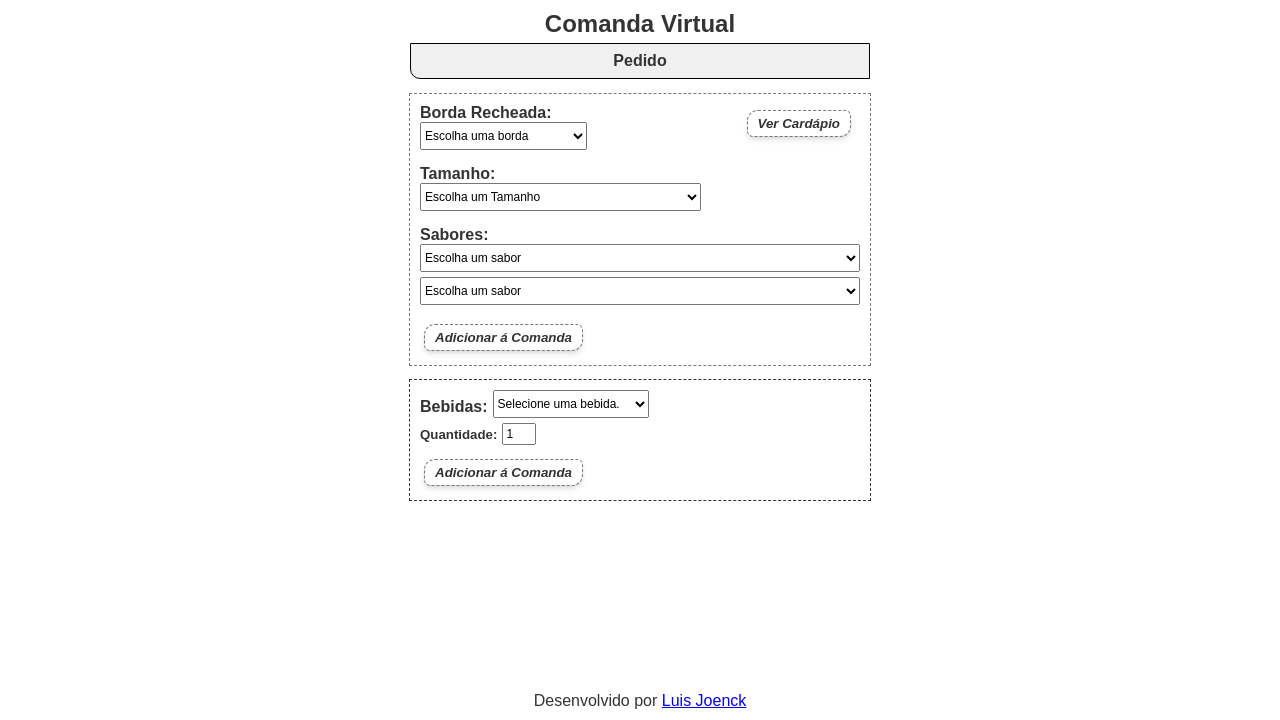
Repository: Joenck91/front-comanda-virtual
Page: index.html
The author's editor kept a copy of each file at every save. The page is drawn from the files as they stood at one save, then again after the next save.
The browser window is 1280 px wide. The pictures show the whole page.
After loading, the first visible `form.unit-pizza-box` was submitted once.

Above is the page before, as saved 2025-10-05 12:05:42.

### index.html
<!DOCTYPE html>
<html lang="pt-br">
<head>
    <meta charset="UTF-8">
    <meta name="viewport" content="width=device-width, initial-scale=1.0">
    <title>Virtual Command</title>
    <link rel="stylesheet" href="style/base.css">
    <link rel="stylesheet" href="style/layout.css">
    <link rel="stylesheet" href="style/modules.css">
    <link rel="stylesheet" href="style/themes.css">
    <link rel="stylesheet" href="style/responsive.css">
</head>
<body class="body-style">
    <header>
        <div class="title-buttons">
            <h2>Comanda Virtual</h2>
        </div>
        <div class="command-box" id="total">
            <p><strong>Pedido</strong></h2>
            <!--CRIAR ESTRUTURA DE PEDIDO COM JSON-->
            <div class="ordered-itens" id="ordered-items">
                <!--Aqui vão aparecer os itens pedidos-->



            </div>
        </div>
    </header>

    <main>
        <!-- Cardápio-->
        <div class="view-menu-box" id="view-menu-box"></div>
        <!-- Formulário de Pizzas-->
        <form class="unit-pizza-box">

            <!-- Borda recheada -->
            <div class="border-pizza-box pad-bot-10">
                <label for="border"><h4>Borda Recheada:</h4></label>
                <select name="border" id="border">
                    <option value="" selected >Escolha uma borda</option>
                </select>
            </div>

            <!-- Tamanho da pizza -->
            <div class="size-pizza-box pad-bot-10">
                <label for="size"><h4>Tamanho:</h4></label>
                <select name="size" id="size">
                    <option value="" selected >Escolha um Tamanho</option>
                </select>
            </div>

            <!-- Sabores -->
            <div id="choose-pizza-box" class="choose-pizza-box pad-bot-10">
                <button type="button" class="buttons-style view-menu-button" id="view-menu"><strong>Ver Cardápio</strong></button>
                <label for="flavors"><h4>Sabores:</h4></label>
                <select name="flavors" id="flavor_one" class="flavor_one">
                    <option value="" selected >Escolha um sabor</option>
                </select>
                <select name="flavors" id="flavor_two" class="flavor_two">
                    <option value="" selected >Escolha um sabor</option>
                </select>
                <select name="flavors" id="flavor_three" class="flavor_three">
                    <option value="" selected >Escolha um sabor</option>
                </select>
                <select name="flavors" id="flavor_four" class="flavor_four">
                    <option value="" selected >Escolha um sabor</option>
                </select>
            </div>

            <button type="submit" class="buttons-style"><strong>Adicionar á Comanda</strong></button>
        </form>

        <!-- Formulário de Bebidas -->
        <form class="command-drink">
            <div class="choose-drink-box">
                <label for="drinks"><h4>Bebidas:</h4></label>
                <select name="drinks" id="">
                    <option value="drinks">Selecione uma bebida.</option>
                </select>
            </div>
            <div class="unit-input-drink">
                <label for="unit-drink"><h5>Quantidade:</h5></label>
                <input type="number" name="unit-drink" id="unit-drink" min="1" value="1" required>
            </div>
            <button type="submit" class="buttons-style"><strong>Adicionar á Comanda</strong></button>
        </form>
    </main>
    <footer>
        <p>Desenvolvido por <a href="www.instagram.com/joenckluis">Luis Joenck</a></p>
    </footer>

<script type="module" src="script/main.js"></script>
</body>
</html>

### style/base.css
*{
    margin:0;
    padding:0;
    box-sizing:border-box;
}
html, body{
    width:100%;
    height: 100%;
    display:flex;
    flex-direction:column;
    align-items: center;
    justify-content: start;
    overflow: auto;
    font-family: Arial, Helvetica, sans-serif;
    color: #333;
}
body{
    max-width: 500px;
}
header{
    width: 100%;
    display: flex;
    flex-direction: column;
    justify-content: center;
    align-items: center;
    padding: 10px 20px 0 20px;
    top:0;
    left: 0;
    z-index: 1000;
    background-color: white;
}
main{
    flex: 1;
    overflow: auto;
    margin: 0 auto;
    padding: 0 20px;
    border-radius: 4px;
    width: 100%;
    max-width: 100%;
    position: relative;
}
h1{
    padding-bottom: 15px;
}
h2{
    padding-bottom: 5px;
}
li{
    font-style: italic;
}
button{
    background-color: #ccc;
    color: #333;
    padding: 5px 10px;
    border: 1px solid #333;
    border-radius: 5px;
    margin:5px;
    box-shadow: 0 4px 6px rgba(0, 0, 0, 0.1),
    0 2px 4px rgba(0, 0, 0, 0.06);
}
button:hover{
    cursor:pointer;
}
select{
    margin-bottom: 5px;
    padding: 5px 0;
    font-size: 12px;
}
label{
    margin-right: 5px;
}
input[type="number"] {
    font-size: 12px;
    padding: 2px;
    width: 5ch;
}
input:hover{
    cursor: pointer;
}
option p{
    background-color: #f0f0f0;
    padding: 5px;
}
footer{
    padding: 10px;
}

### style/layout.css
/*-----------------------------------------------------------------------------*/
/*                               HEADER                                        */
/*-----------------------------------------------------------------------------*/

/*-----------------------------------------------------------------------------*/
/*                          PEDIDO                                     */
/*-----------------------------------------------------------------------------*/
.command-box{
    background-color:#f0f0f0;
    width: 100%;
    padding: 8px 10px;
    height: fit-content;
    border-bottom-left-radius: 10px;
    border: 1px solid black;
    display: flex;
    flex-direction: column;
    align-items: center;
}
/*-----------------------------------------------------------------------------*/
/*                              CARDÁPIO                                       */
/*-----------------------------------------------------------------------------*/
.view-menu-box{/*pagina do cardápio*/
    position: absolute;
    right: 20px;
    left: 20px;
    background-color:rgb(255, 244, 227);
    padding: 10px;
    width: fit-content;
    max-width: 94%;
    height: 80vh;
    overflow: auto;
    border-radius: 15px;
    display: none;
    flex-direction: column;
    box-shadow: 0 4px 8px #00000033;
    z-index: 1000;
    outline: 1px dashed #333;
}
.menu-title{/*titulos do cardápio 'pizzas/bebidas*/
    border-bottom: 2px dashed black;
    text-align: center;
    padding: 3px;
    margin: 15px 0;
}
.menu-item{/*Itens do menu*/
    margin: 3px 0;
}
.pizza-description{/*Descrições de cada item*/
    margin-left: 25px;
}
/*-----------------------------------------------------------------------------*/
/*                        UNIDADE DE PIZZA                                     */
/*-----------------------------------------------------------------------------*/
.unit-pizza-box{/*Div pai com as opções de escolhas de uma pizza.*/
    outline: 1px dashed #777;
    padding: 10px;
    margin: 15px 0;
}
.border-pizza-box, .size-pizza-box{/*Box com opções de bordas*/

    display: flex;
    flex-direction: column;
    width: fit-content;
    align-items: start;
}
.choose-pizza-box{/*box referente aos campos para escolher sabores*/
    display: flex;
    flex-direction: column;
    position: relative;
}
.flavor_three, .flavor_four{/*Referente ao terceiro e quarto sabro que só devem aparecer conforme escolha de tamanhos.*/
    display: none;
}
/*-----------------------------------------------------------------------------*/
/*                        UNIDADE DE BEBIDA                                    */
/*-----------------------------------------------------------------------------*/
.command-drink{/*Div pai com as opções de escolhas de uma bebida*/
    outline: 1px dashed #333;
    padding: 10px;
    margin: 15px 0;
}
.choose-drink-box, .unit-input-drink{
    display: flex;
    flex-direction: row;
    align-items: center;
}
.unit-input-drink{
    padding-bottom: 10px;
}

### style/modules.css
/*-----------------------------------------------------------------------------*/
/*                             BOTÕES                                          */
/*-----------------------------------------------------------------------------*/
.view-menu-button{
    position: absolute;
    top: -120px;
    right: 5px;;
}
.menu-exit{/*botão que fecha o cardápio*/
    display: flex;
    position: sticky;
    top:0;
    width: fit-content;
    margin-left: auto;
    background-color: #f0f0f0;
    box-shadow: 0 4px 6px rgba(0, 0, 0, 0.1),
    0 2px 4px rgba(0, 0, 0, 0.06);
    border-radius: 2px 10px;
}
.buttons-style{/*Estilo para os botões*/
    width: fit-content;
    outline: 1px dashed #777;
    border: none;
    border-radius: 10px 5px;
    background-color: white;
    font-style: italic;
}
/*-----------------------------------------------------------------------------*/
/*                     PARA VÁRIOS ELEMENTOS                                   */
/*-----------------------------------------------------------------------------*/
.pad-bot-10{
    padding-bottom: 10px;
}

### script/main.js
import viewMenuBox from "./interface/view-menu.js";
import menuShowClose from "./buttons/menu-show-close.js";
import * as inputsContent from "./interface/inputs-contents.js"
import chooseSize from "./interface/choose-sizes.js";
import * as writingOrders from "./command/orders.js";

//Funções que precisam acessar json.
document.addEventListener('DOMContentLoaded', ()=>{
    // Faz uma requisição GET para a rota /api/menu para buscar os dados do cardápio.
    fetch('./data/menu.json')
    .then(res => res.json()) // Converte a resposta para JSON.
    .then(menu => {


        viewMenuBox(menu);  //Carrega menu.
        menuShowClose();    //Abre e fecha cardápio.
        inputsContent.showBorders(menu.borders);//Opções de bordas
        inputsContent.showsizes(menu.sizes);//Opções de tamanhos
        inputsContent.showFlavors(menu.pizzas);//Opções de pizzas
        inputsContent.showDrinks(menu.drinks);  //Opções de bebidas
        chooseSize();//Define quantidade de sabores de acordo com o tamanho selecionado.
        writingOrders.writingOrder(menu);//Armazena as opçoes escolhidas pelo usuário na variável orders


    })
    .catch(err => console.error('Erro ao carregar menu:', err));// Captura e exibe no console qualquer erro ocorrido ao carregar o menu.
});

### script/interface/view-menu.js
/* ********FUNÇÃO QUE CRIA O CARDÁPIO ******** */


export default function viewMenuBox (menu){
  const box = document.getElementById('view-menu-box');
        box.innerHTML = ''; // Limpa o conteúdo da div

        //Cria o titula Pizzas
        const titlePizza = document.createElement('h3');
        titlePizza.classList.add('menu-title');
        titlePizza.textContent = 'Pizzas';
        box.appendChild(titlePizza);

        const exit = document.createElement('button');
        exit.type ='button';
        exit.classList.add('menu-exit')
        exit.classList.add('exit-delete')
        exit.id = 'menuExit';
        exit.textContent = 'Sair';
        box.appendChild(exit);

        // Cria a lista das pizzas
        menu.pizzas.forEach(pizza => {
          const pizzaDiv = document.createElement('div');
          pizzaDiv.classList.add('menu-item'); // você pode estilizar no CSS

          const pizzaTitle = document.createElement('h4');
          pizzaTitle.textContent = `🍕 ${pizza.name}`;

          const pizzaDesc = document.createElement('p');
          pizzaDesc.classList.add('pizza-description')
          pizzaDesc.textContent = pizza.description;

          pizzaDiv.appendChild(pizzaTitle);
          pizzaDiv.appendChild(pizzaDesc);
          box.appendChild(pizzaDiv);
        });

        //Cria o titulo Bebidas
        const titleDrink = document.createElement('h3');
        titleDrink.classList.add('title');
        titleDrink.textContent = 'Bebidas';
        box.appendChild(titleDrink);

        //Cria a lista das bebidas
        menu.drinks.forEach(drink => {
          const drinkDiv = document.createElement('div');
          drinkDiv.classList.add('item');

          const drinkTitle = document.createElement('h4');
          drinkTitle.textContent = `🥤 ${drink.name} - R$ ${drink.price.toFixed(2)}`;

          drinkDiv.appendChild(drinkTitle);
          box.appendChild(drinkDiv);
        });
};

### script/buttons/menu-show-close.js

//Função para mostrar cardápiio e fechar cardápio
export default function menuShowClose (){
    const viewMenu = document.getElementById('view-menu');//Identifica o botão com "Ver cardápio"
    const closeMenu = document.getElementById('menuExit');//Identifica botão "sair" do cardápio.
    const menuBox = document.querySelector('.view-menu-box');//Identifica div que mostra cardápio

    viewMenu.addEventListener('click',()=>{//Escuta o evento de clique no botão "Ver cardápio"
        console.log("abrir")
        menuBox.style.display = 'flex';
    });
    closeMenu.addEventListener('click', ()=>{//Escuta o evento clique no botão "sair"
       console.log("sair");
        menuBox.style.display = 'none';
    });
};

### script/interface/inputs-contents.js
// Funções para preencher os selects
function showsizes(sizes) {
    const selectSizes = document.getElementById("size");
    sizes.forEach(size => {
        const option = document.createElement("option");
        option.value = size.name;
        option.textContent = `${size.name} - R$${size.price.toFixed(2)}`;
        selectSizes.appendChild(option);
    });
}

function showFlavors(pizzas) {
    const selectsFlavors = [
        document.getElementById("flavor_one"),
        document.getElementById("flavor_two"),
        document.getElementById("flavor_three"),
        document.getElementById("flavor_four")
    ];

    selectsFlavors.forEach(select => {
        pizzas.forEach(pizza => {
            const option = document.createElement("option");
            option.value = pizza.name;
            option.textContent = pizza.name;
            select.appendChild(option);
        });
    });
}

function showBorders(borders) {
    const selectBorder = document.getElementById("border");
    borders.forEach(border => {
        const option = document.createElement("option");
        option.value = border.name;
        option.textContent = `${border.name} - R$${border.price.toFixed(2)}`;
        selectBorder.appendChild(option);
    });
}

function showDrinks(drinks) {
    const selectDrinks = document.querySelector('.command-drink select');
    drinks.forEach(drink => {
        const option = document.createElement("option");
        option.value = drink.name;
        option.textContent = `${drink.name} - R$${drink.price.toFixed(2)}`;
        selectDrinks.appendChild(option);
    });
}

export {showBorders, showsizes, showFlavors, showDrinks};

### script/interface/choose-sizes.js
// Pega o select de tamanho
const selectSize = document.getElementById("size");

// Variável para armazenar o tamanho selecionado
let sizeChecked = "";

//Função para exibir os sabores de acordo com a escolha do tamanho da pizza
function updateFlavor(size) {
    document.querySelector('.flavor_three').style.display = (size === 'GRANDE(3 sabores, 12 fatias, 35cm)' || size === 'GIGANTE(4 sabores, 16 fatias, 40cm)' || size === 'KING(4 sabores, 20 fatias, 45cm)') ? 'flex' : 'none';//Se o tamanho for grande, gigante e king: aparece o terceiro sabor
    document.querySelector('.flavor_four').style.display = (size === 'GIGANTE(4 sabores, 16 fatias, 40cm)' || size === 'KING(4 sabores, 20 fatias, 45cm)') ? 'flex' : 'none';//Se o tamanho for gigante e king: aparece o quarto sabor.
}

export default function chooseSizes (){
        // Escuta quando o usuário muda a opção
    selectSize.addEventListener("change", (event) => {
        sizeChecked = event.target.value; // aqui está o valor selecionado
        updateFlavor(sizeChecked);
    });
};

### script/command/orders.js
//Array que guarda todos os pedidos da sessão
let notedOrder = {
    pizzas: [],
    drinks: []
};

function writingOrder (menu){
    // Captura o envio do formulário de pizza
    const formPizza = document.querySelector('.unit-pizza-box');
    formPizza.addEventListener('submit', (e) => {
        e.preventDefault(); // evita reload da página
        //código aqui

        const pizzaOrder = {
            pizza: document.getElementById('size').value,
            borda: document.getElementById('border').value,
            sabores: [
                document.getElementById('flavor_one').value,
                document.getElementById('flavor_two').value,
                document.getElementById('flavor_three').value,
                document.getElementById('flavor_four').value
            ].filter(s => s), // remove strings vazias
        };

        // Adiciona ao array de pedidos
        notedOrder.pizzas.push(pizzaOrder);

        console.log(notedOrder);


    });

    //Captura o envio do formulário de bebidas
    const formDrinks = document.querySelector('.command-drink');
    formDrinks.addEventListener('submit', (e) =>{
        e.preventDefault(); //evita reload da página
        //código aqui
        const drinkOrder = {
            bebida: document.querySelector('.command-drink select').value,
            quantidadeBebida: parseInt(document.getElementById('unit-drink').value, 10)
        };

        // Adiciona ao array de pedidos
        notedOrder.drinks.push(drinkOrder);

        console.log(notedOrder);
    });

};

export {writingOrder, notedOrder};

### script/interface/command-box/show-items.js
// Função para exibir os itens do pedido na div que mostra o pedido
function showItemsPizza(order) {
    const orderedItemsContainer = window.document.getElementsByClassName('ordered-itens')[0];
    orderedItemsContainer.innerHTML = ''; // Limpa o conteúdo existente

    // Exibe pizzas
    order.pizzas.forEach((pizza, index) => {
        const pizzaDiv = window.document.createElement('div');
        pizzaDiv.classList.add('ordered-pizza');
        pizzaDiv.innerHTML = `
            <h3>Pizza ${index + 1}</h3>
            <p><strong>Tamanho:</strong> ${pizza.pizza}</p>
            <p><strong>Borda:</strong> ${pizza.borda}</p>
            <p><strong>Sabor(es):</strong> ${pizza.sabores.join(', ')}</p>
        `;
        orderedItemsContainer.appendChild(pizzaDiv);
    });
}
function showItemsDrinks(order) {
    const orderedItemsContainer = window.document.getElementsByClassName('ordered-itens')[0];
    orderedItemsContainer.innerHTML = ''; // Limpa o conteúdo existente
    // Exibe bebidas
    order.drinks.forEach((drink, index) => {
        const drinkDiv = window.document.createElement('div');
        drinkDiv.classList.add('ordered-drink');
        drinkDiv.innerHTML = `
            <h3>Bebida ${index + 1}</h3>
            <p><strong>Tipo:</strong> ${drink.bebida}</p>
            <p><strong>Quantidade:</strong> ${drink.quantidadeBebida}</p>
        `;
        orderedItemsContainer.appendChild(drinkDiv);
    });
}

export { showItemsPizza, showItemsDrinks };

Loaded but not shown: data/menu.json (282 lines, source omitted); style/themes.css (no stored copy; drawn as an empty file); style/responsive.css (no stored copy; drawn as an empty file)

After the next save:
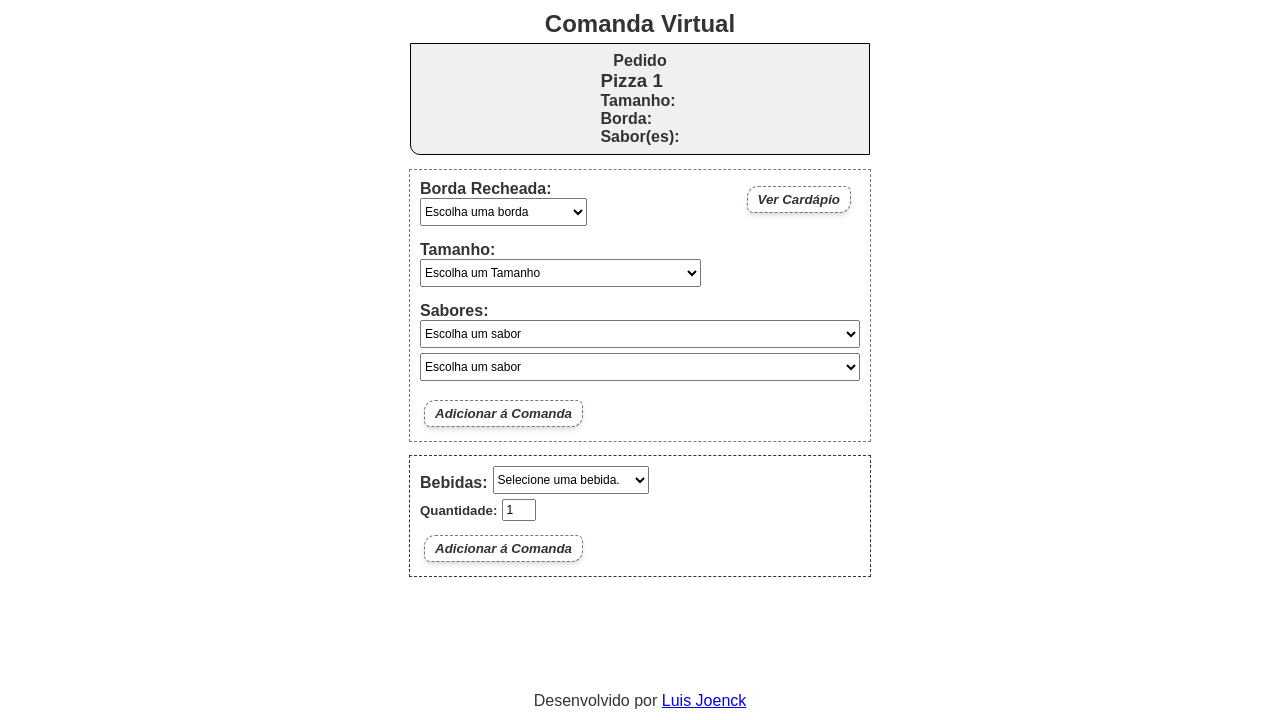
Saved 2 min 36 s later.
--- a/script/command/orders.js
+++ b/script/command/orders.js
@@ -1,3 +1,4 @@
+import * as showItems from "../interface/command-box/show-items.js";
 //Array que guarda todos os pedidos da sessão
 let notedOrder = {
     pizzas: [],
@@ -25,6 +26,9 @@ function writingOrder (menu){
         // Adiciona ao array de pedidos
         notedOrder.pizzas.push(pizzaOrder);
 
+        // Adiciona ao display dos itens pedidos
+        showItems.showItemsPizza(notedOrder);
+
         console.log(notedOrder);
 
 
@@ -43,6 +47,9 @@ function writingOrder (menu){
         // Adiciona ao array de pedidos
         notedOrder.drinks.push(drinkOrder);
 
+        // Adiciona ao display dos itens pedidos
+        showItems.showItemsDrinks(notedOrder);
+
         console.log(notedOrder);
     });
 
